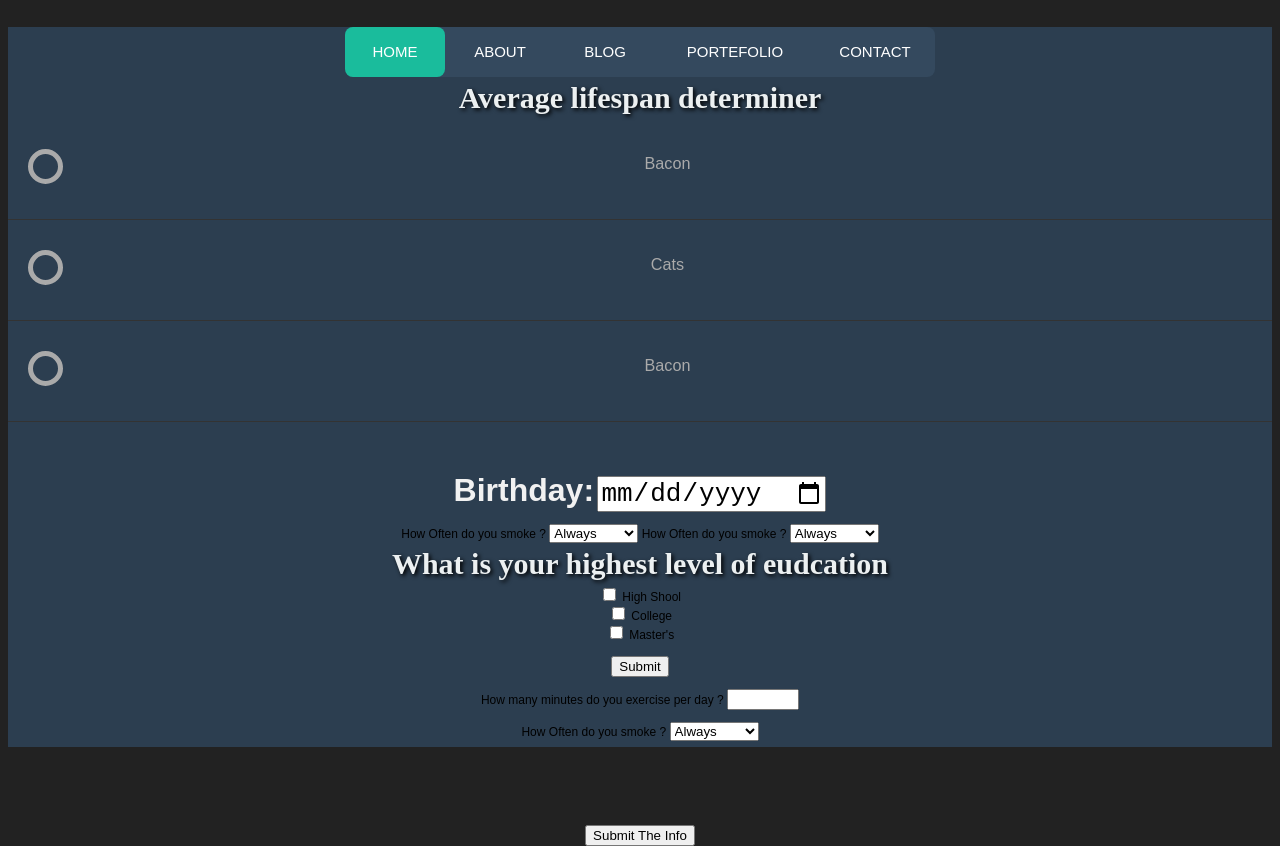
Repository: navid-amini12/capstone-1
Page: wordgame.html
The author's editor kept a copy of each file at every save. The page is drawn from the files as they stood at one save, then again after the next save.
The browser window is 1280 px wide. The pictures show the whole page.

Above is the page before, as saved 2022-06-01 12:53:05.

After the next save:
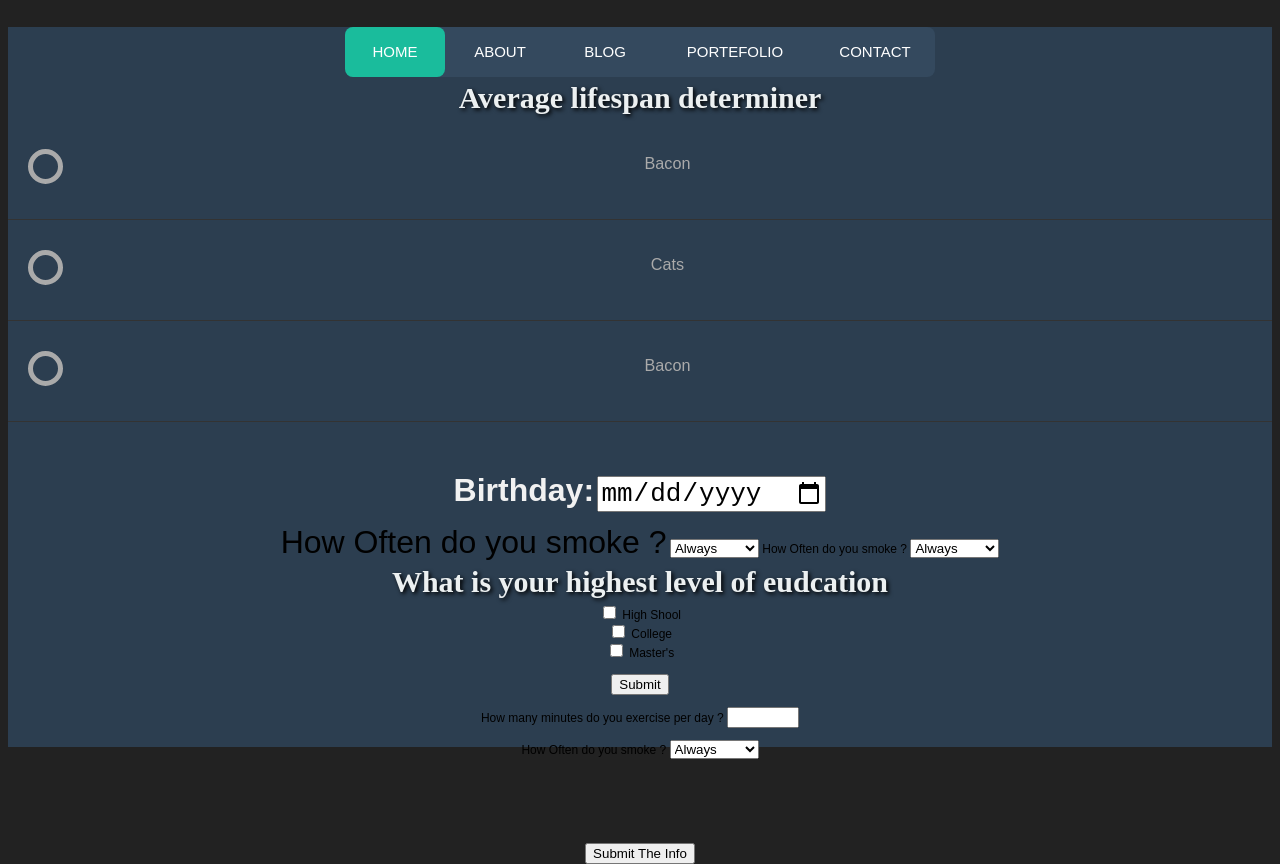
Saved 48 s later.
--- a/wordgame.html
+++ b/wordgame.html
@@ -65,7 +65,7 @@
 
   </form>
 
-<label for="cars">How Often do you smoke ?</label>
+<label style = "font-size: xx-large" ;   for="cars">How Often do you smoke ?</label>
 
 <select id="questions">
 <option value="volvo">Always</option>
